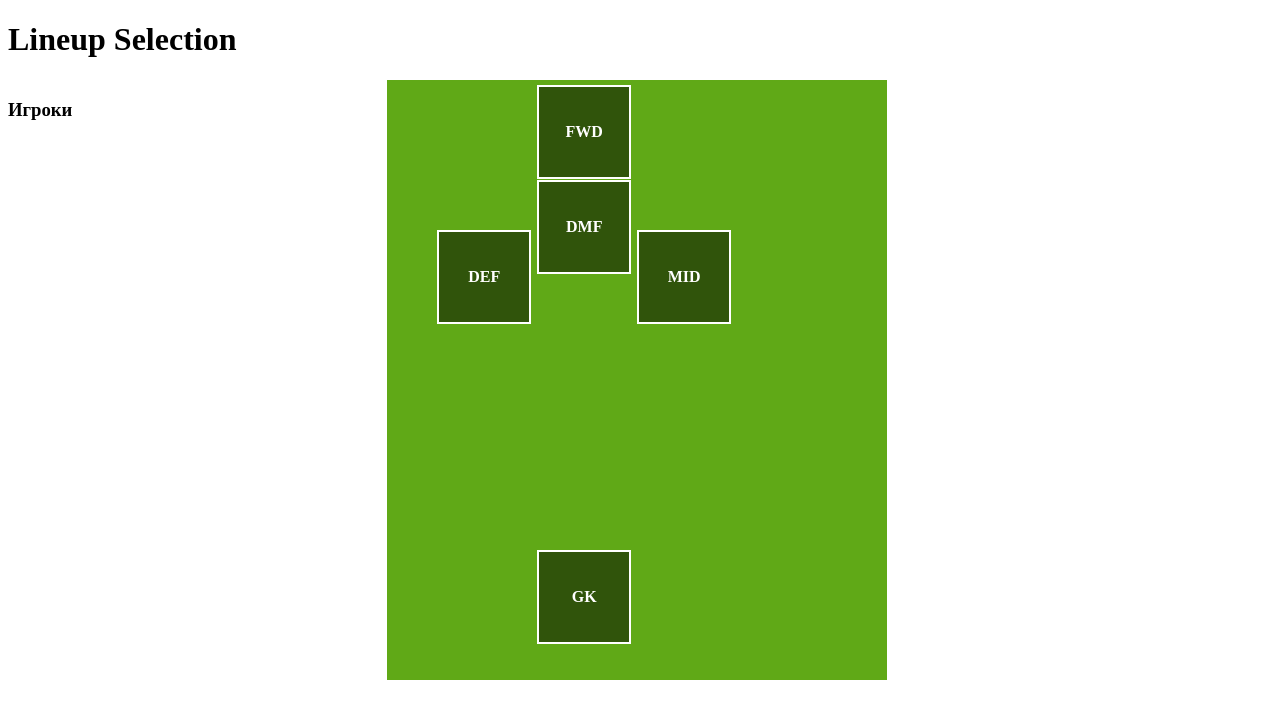
Repository: greatgreek73/soccergame
Page: http://localhost/lineup-selection/
These files come from the project's save history. The page is drawn as it stood at one moment and after the next save; the edit follows.
The browser window is 1280 px wide. The pictures show the whole page.
Some web libraries are served in a nearby version. The page is served by the project's application, run on Django 4.2 (manage.py). A made-up administrator, testuser (Test User, test@example.com), is signed in. Queries for data that is not in the repository find no rows.

Above is the page before, as saved 2024-04-18 21:07:43.

After the next save:
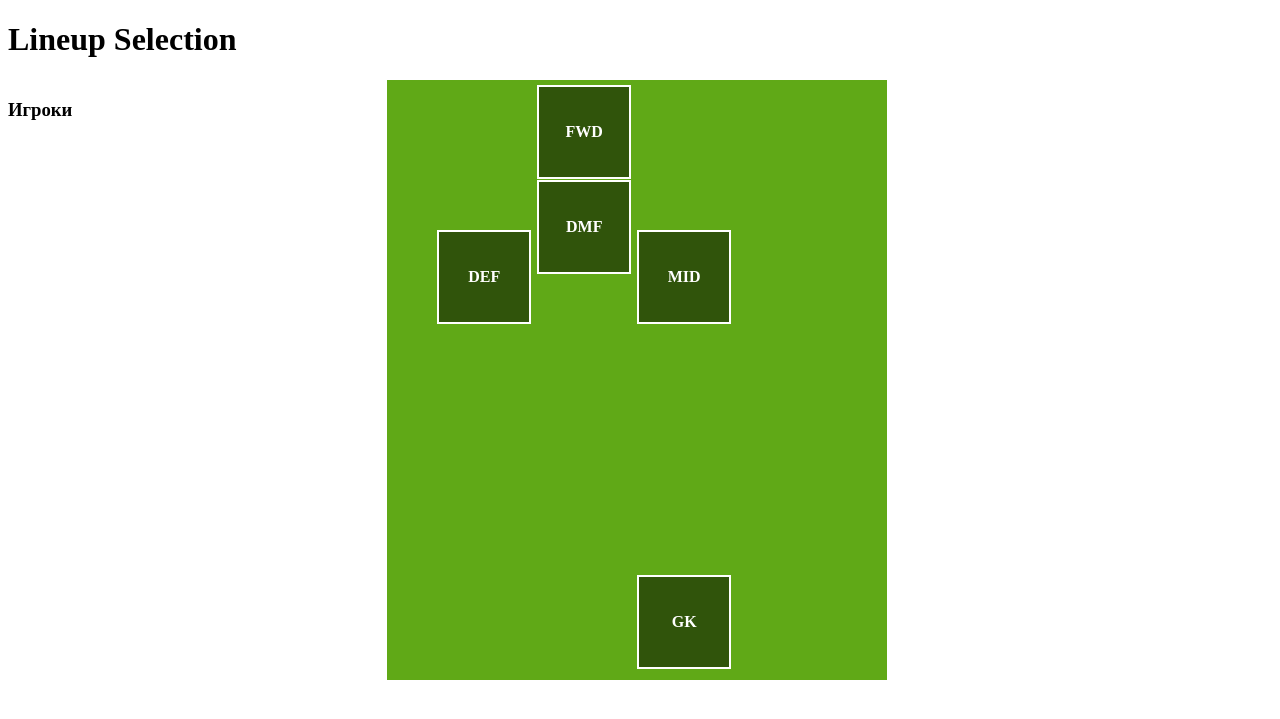
Saved 20 s later.
--- a/players/templates/lineup_selection.html
+++ b/players/templates/lineup_selection.html
@@ -177,7 +177,7 @@
         </div>
 
         <div id="field">
-            <div class="position" data-position="GK" style="top: 470px; left: 150px;">GK</div>
+            <div class="position" data-position="GK" style="top: 495px; left: 250px;">GK</div>
             <div class="position" data-position="DEF" style="top: 150px; left: 50px;">DEF</div>
             <div class="position" data-position="MID" style="top: 150px; left: 250px;">MID</div>
             <div class="position" data-position="FWD" style="top: 5px; left: 150px;">FWD</div>
